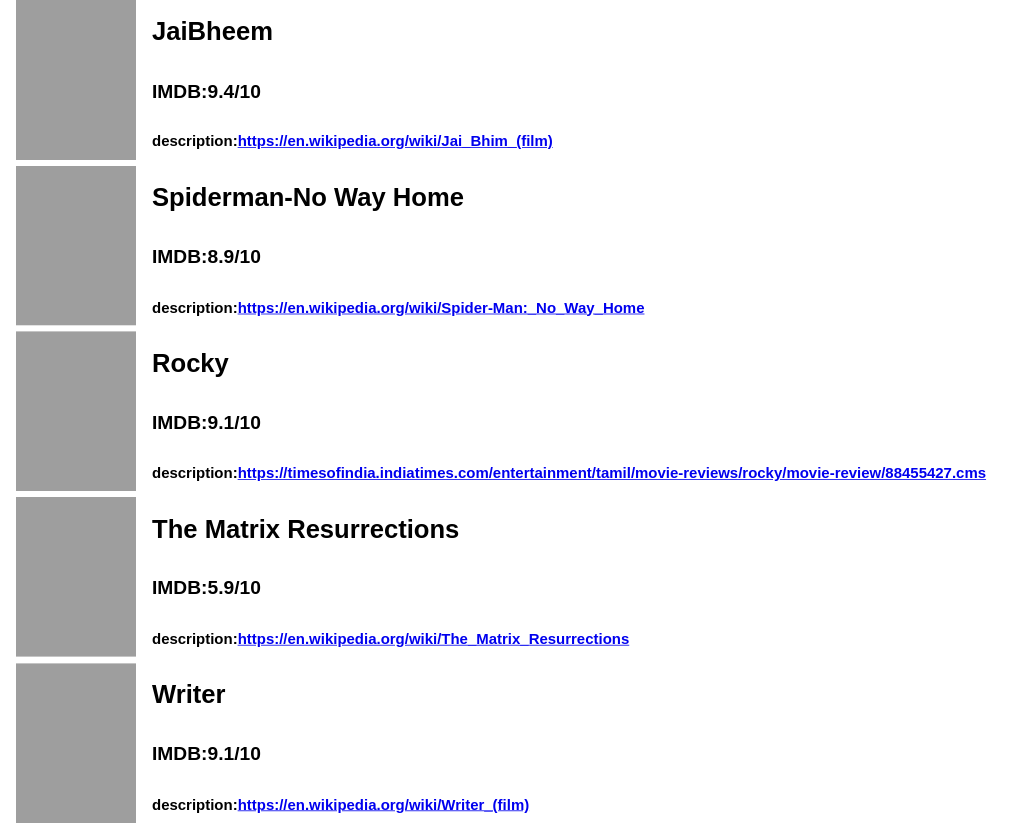
Repository: baladhinesh18/first-app
Page: /
The author's editor kept a copy of each file at every save. The page is drawn from the files as they stood at one save, then again after the next save.
The browser window is 1280 px wide. The pictures show the whole page, at 80% of full size.
Pictures or frames that could not be fetched are drawn as grey boxes. The project was rebuilt for these pictures with package versions that can differ from the ones it lists, and the page was loaded fresh each time.

Above is the page before, as saved 2021-12-25 13:17:02.

After the next save:
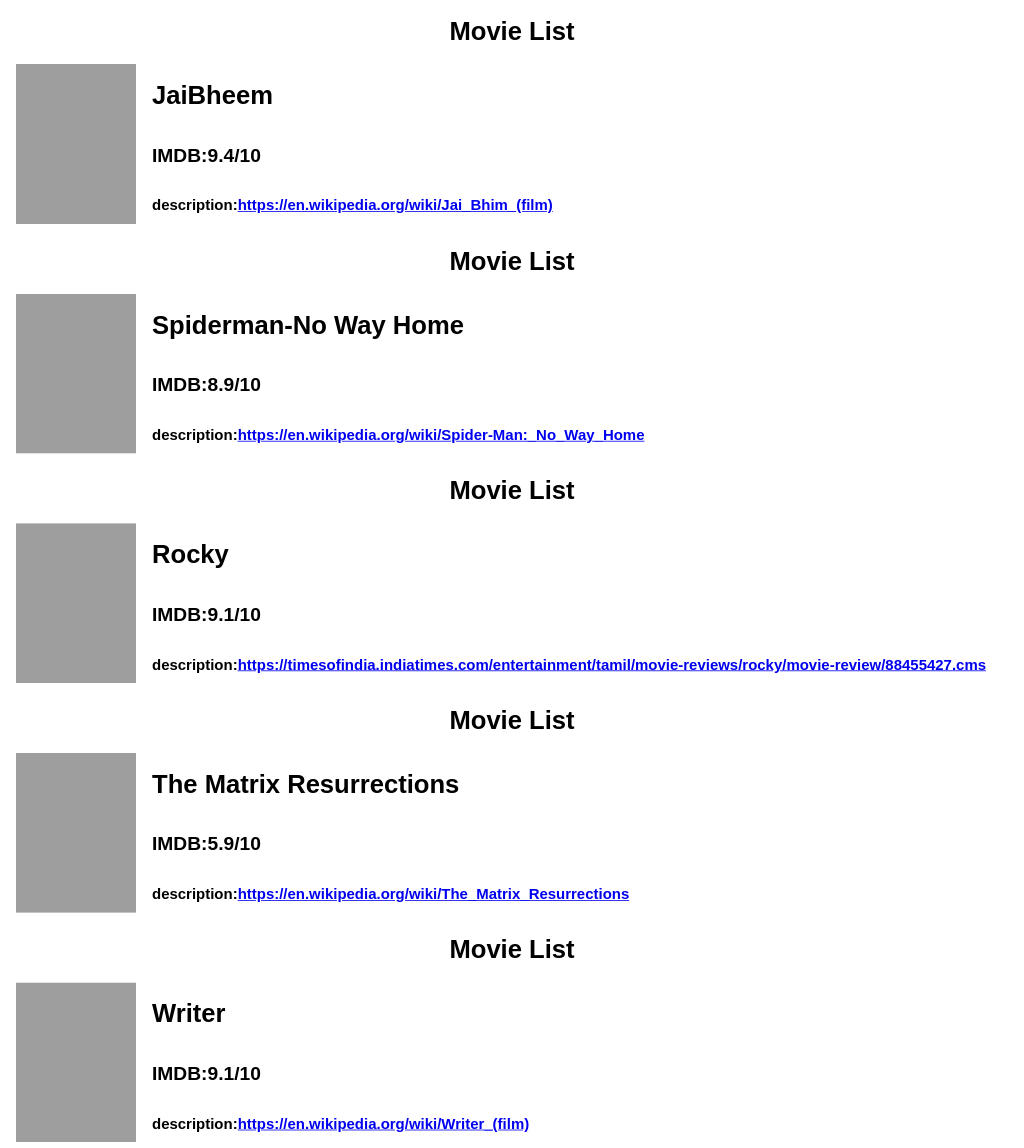
Saved 47 s later.
--- a/src/App.js
+++ b/src/App.js
@@ -50,6 +50,8 @@
 function Starting({ nme, ur,rat,des }) {
 
   return (
+    <div>
+    <h1>Movie List</h1>
     <div className="ro">
      <img src={ur} className="mg" alt="avatar" />
       <div className="col">
@@ -58,6 +60,7 @@
       <h3>description:<a href={des}>{des}</a></h3>
       </div>
     </div>
+    </div>
   );
 }
 
